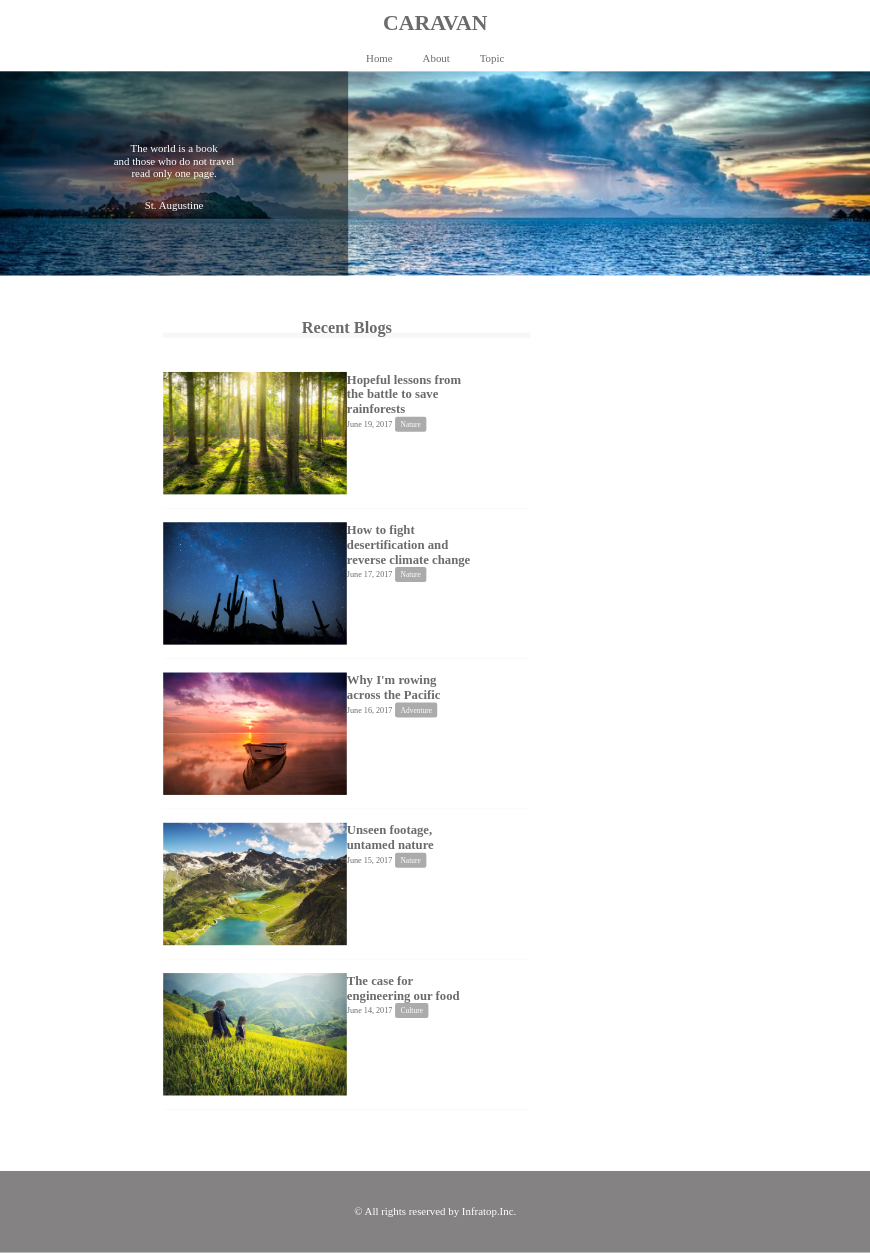
Repository: alamsamiha/html_css
Page: caravan/index.html
The author's editor kept a record of every edit. The page is drawn from the files as they stood at one moment, then again after the next edit.
The browser window is 1280 px wide. The pictures show the whole page, at 68% of full size.

Above is the page before.

### caravan/index.html
<!DOCTYPE html>
<html lang="ja">
  <head>
    <meta charset="UTF-8" />
    <!-- CSSファイルの読み込み -->
    <link rel="stylesheet" href="style.css" />
    <title>CARAVAN</title>
  </head>

  <body>

    <!-- header -->
    <header>
      <h1 class="heading">
        <a href="index.html">
          CARAVAN
        </a>
      </h1>
    </header>

    <!-- navigation -->
    <nav>
      <ul class="nav-list">
        <li class="nav-list-item">
          <a href="index.html">Home</a>
        </li>
        <li class="nav-list-item">About</li>
        <li class="nav-list-item">Topic</li>
      </ul>
    </nav>

    <!-- main-visual用のdiv -->
    <div class="main-visual">
      <div class="main-visual-content">
        <!-- pタグ（と文字）を追加 -->
        <p class="main-visual-text">
          The world is a book<br />
          and those who do not travel<br />
          read only one page.
        </p>
        <p class="main-visual-name">
          St. Augustine
        </p>
      </div>
    </div>

    <!-- main用のdiv -->
    <main>
      <section class="blog">
        <h2 class="blog-heading">Recent Blogs</h2>
        <div class="blog-box">
          <div class="blog-item">
            <img class="blog-image" src="img/forest.jpg" />
            <section class="blog-text">
              <h3 class="blog-text-heading">
                <a href="single.html">
                  Hopeful lessons from<br>
                  the battle to save<br>
                  rainforests
                </a>
              </h3>
              <p class="blog-date">June 19, 2017</p>
              <span class="category">Nature</span>
            </section>
          </div>
          <div class="blog-item">
            <img class="blog-image" src="img/desert.jpg" />
            <section class="blog-text">
              <h3 class="blog-text-heading">
                <a href="single.html">
                  How to fight<br>
                  desertification and<br>
                  reverse climate change
                </a>
              </h3>
              <p class="blog-date">June 17, 2017</p>
              <span class="category">Nature</span>
            </section>
          </div>
          <div class="blog-item">
            <img class="blog-image" src="img/sunset.jpg" />
            <section class="blog-text">
              <h3 class="blog-text-heading">
                <a href="single.html">
                  Why I'm rowing<br>
                  across the Pacific
                </a>
              </h3>
              <p class="blog-date">June 16, 2017</p>
              <span class="category">Adventure</span>
            </section>
          </div>
          <div class="blog-item">
            <img class="blog-image" src="img/italy.jpg" />
            <section class="blog-text">
              <h3 class="blog-text-heading">
                <a href="single.html">
                  Unseen footage,<br>
                  untamed nature
                </a>
              </h3>
              <p class="blog-date">June 15, 2017</p>
              <span class="category">Nature</span>
            </section>
          </div>
          <div class="blog-item">
            <img class="blog-image" src="img/asia.jpg" />
            <section class="blog-text">
              <h3 class="blog-text-heading">
                <a href="single.html">
                  The case for<br>
                  engineering our food
                </a>
              </h3>
              <p class="blog-date">June 14, 2017</p>
              <span class="category">Culture</span>
            </section>
          </div>
        </div>
      </section>
      <div class="sidebar"></div>
    </main>

    <!-- footer -->
    <footer>
      <p class="footer-text">© All rights reserved by Infratop.Inc.</p>
    </footer>

  </body>
</html>

### caravan/style.css
/* ブラウザがそれぞれ持っているCSSをリセットするための記述 */
* {
  margin: 0;
  padding: 0;
  box-sizing: border-box;
  color: #6c6b6b;
}

a {
  text-decoration: none;
}

header {
  width: 90%; /* 横幅90% */
  padding: 15px 0;
  margin: 0 auto;
  text-align: center;
}

header .heading {
  /* headerタグ内のheadingクラスにのみ反映される */
  font-size: 32px;
}

.nav-list {
  text-align: center;
  padding: 10px 0;
  margin: 0 auto;
}

.nav-list-item {
  list-style: none;
  display: inline-block;
  margin: 0 20px;
}

.main-visual {
  width: 100%; /* 横幅いっぱい */
  height: 300px; /* 高さ300px */
  background-image: url(img/mv.jpg);
  background-size: cover; /* 縦横比を維持したまま背景領域を埋め尽くす */
  background-position: center; /* 背景画像を中央に配置 */
}

.main-visual-content {
  width: 40%; /* 横幅40% */
  height: 300px; /* 親の高さに揃える */
  background-color: rgba(0, 0, 0, 0.5); /* 背景色を半透明の黒にする */
  text-align: center; /* 文字を中央揃えにする */
  padding-top: 105px; /* 上側の内側余白で垂直方向の位置を調整 */
}

.main-visual-text {
  color: #fff; /* 文字色を白に変更 */
}

.main-visual-name {
  margin-top: 30px; /* 上側の外側の余白 */
  color: #fff; /* 文字色を白に変更 */
}

main {
  width: 800px; /* 横幅800px */
  display: flex; /* Flexboxの利用 */
  justify-content: center; /* 要素の横並び・中央寄せ */
  margin: 0 auto; /* 要素の中央揃え */
  padding: 70px 0; /* 上下に70px、左右に0pxの内側余白 */
}

.blog {
  width: 540px;
  margin-right: 30px; /* 領域の右側余白 */
}

.blog-heading {
  border-bottom: 8px solid #f7f7f7;
  text-align: center;
  line-height: 0.6;
}

.blog-box {
  padding-top: 50px;
}

.blog-item {
  padding-bottom: 20px;
  margin-bottom: 20px;
  border-bottom: 1px solid #f7f7f7;
  display: flex;
  justify-content: flex-start;}

.blog-image {
  height: 180px;
}

.blog-date {
  font-size: 12px;
  display: inline-block;
}

.category {
  display: inline-block;
  padding: 5px 8px;
  background-color: #acabab;
  border-radius: 3px;
  color: #fff;
  font-size: 11px;
}

.sidebar {
  width: 230px;
}

footer {
  width: 100%;
  height: 120px;
  text-align: center;
  line-height: 120px;
  background-color: #848282;
}

.footer-text {
  color: #fff;
}

After the next edit:
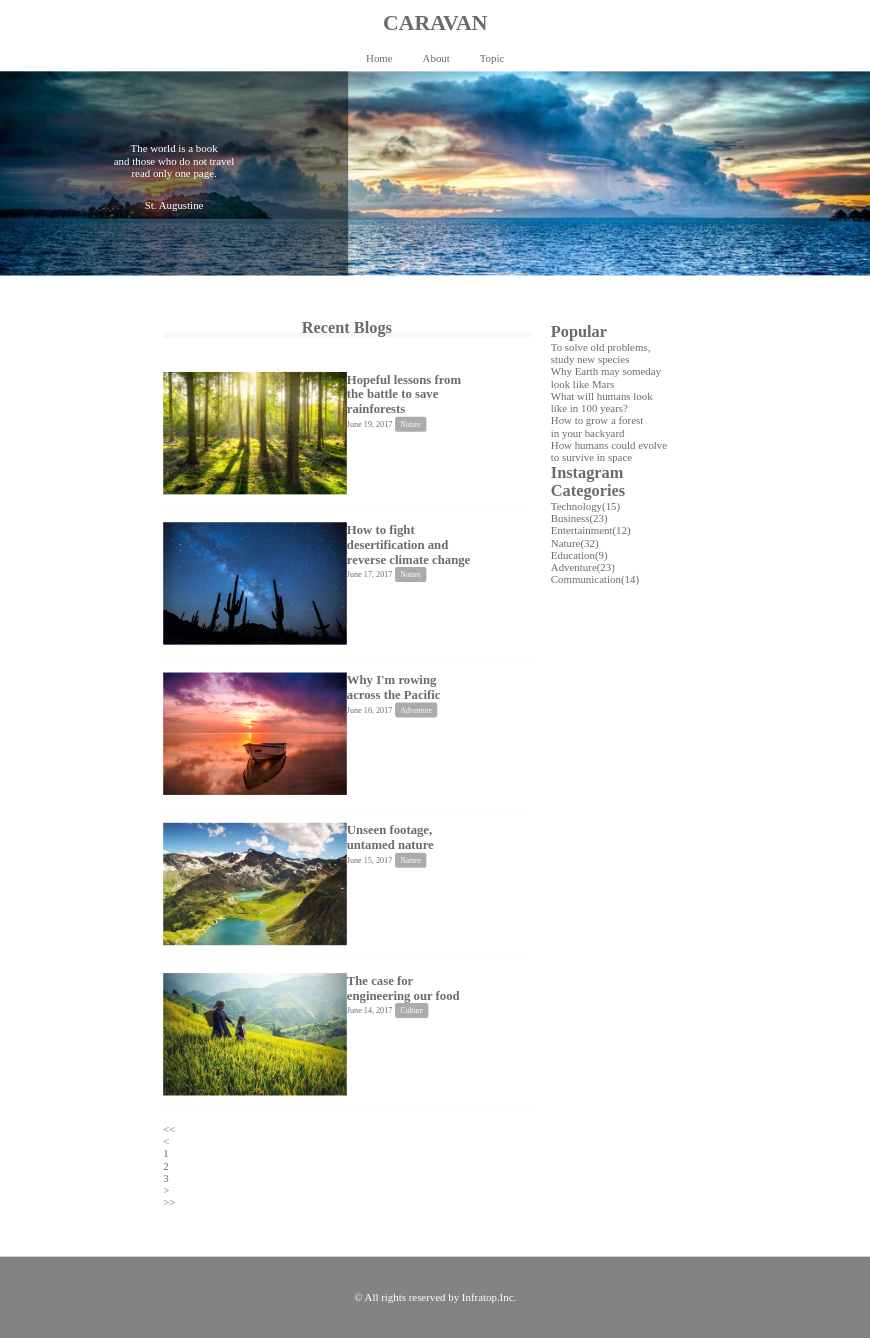
The edit:
--- a/caravan/index.html
+++ b/caravan/index.html
@@ -117,8 +117,51 @@
             </section>
           </div>
         </div>
+        <div class="pagination">
+          <p><<</p>
+          <p><</p>
+          <p>1</p>
+          <p>2</p>
+          <p>3</p>
+          <p>></p>
+          <p>>></p>
+        </div>
       </section>
-      <div class="sidebar"></div>
+      <div class="sidebar">
+        <section class="popular">
+          <h2 class="popular-heading common-heading">Popular</h2>
+          <div class="sidebar-contents">
+            <p class="popular-text">To solve old problems,<br>study new species</p>
+            <p class="popular-text">Why Earth may someday<br>look like Mars</p>
+            <p class="popular-text">What will humans look<br>like in 100 years?</p>
+            <p class="popular-text">How to grow a forest<br>in your backyard</p>
+            <p class="popular-text">How humans could evolve<br>to survive in space</p>
+          </div>
+        </section>
+        <section class="instagram">
+          <h2 class="instagram-heading common-heading">Instagram</h2>
+          <div class="sidebar-contents">
+            <div class="instagram-box"></div>
+            <div class="instagram-box"></div>
+            <div class="instagram-box"></div>
+            <div class="instagram-box"></div>
+            <div class="instagram-box"></div>
+            <div class="instagram-box"></div>
+          </div>
+        </section>
+        <section class="categories">
+          <h2 class="categories-heading common-heading">Categories</h2>
+          <div class="sidebar-contents">
+            <p class="categories-text">Technology(15)</p>
+            <p class="categories-text">Business(23)</p>
+            <p class="categories-text">Entertainment(12)</p>
+            <p class="categories-text">Nature(32)</p>
+            <p class="categories-text">Education(9)</p>
+            <p class="categories-text">Adventure(23)</p>
+            <p class="categories-text">Communication(14)</p>
+          </div>
+        </section>
+      </div>
     </main>
 
     <!-- footer -->
